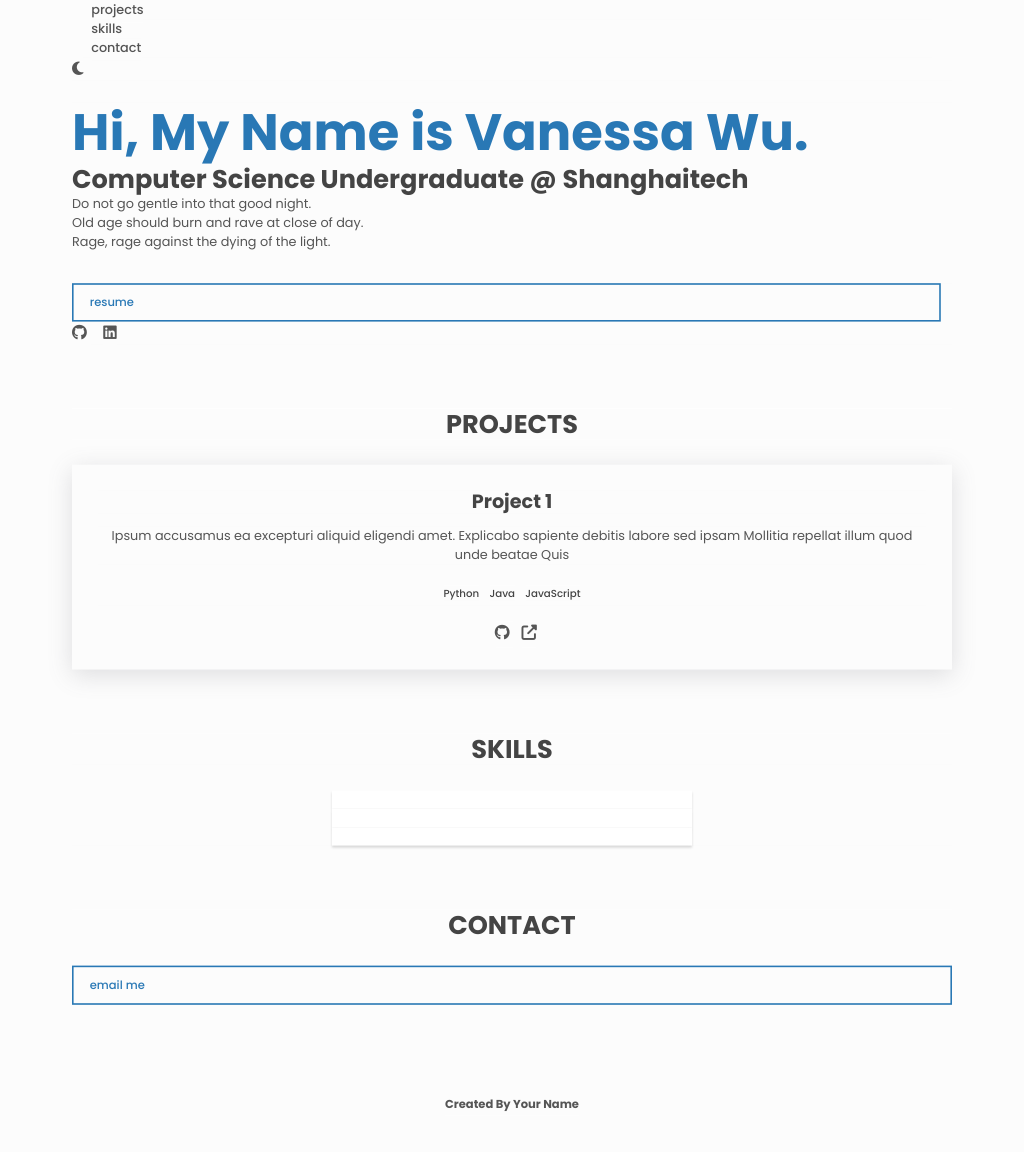
Repository: indiansummer1022/Cubstart
Page: Web Track/hw1/index.html
These files come from the project's save history. The page is drawn as it stood at one moment and after the next save; the edit follows.
The browser window is 1280 px wide. The pictures show the whole page, at 80% of full size.
Some web libraries are served in a nearby version.

Above is the page before, as saved 2022-02-15 21:17:53.

After the next save:
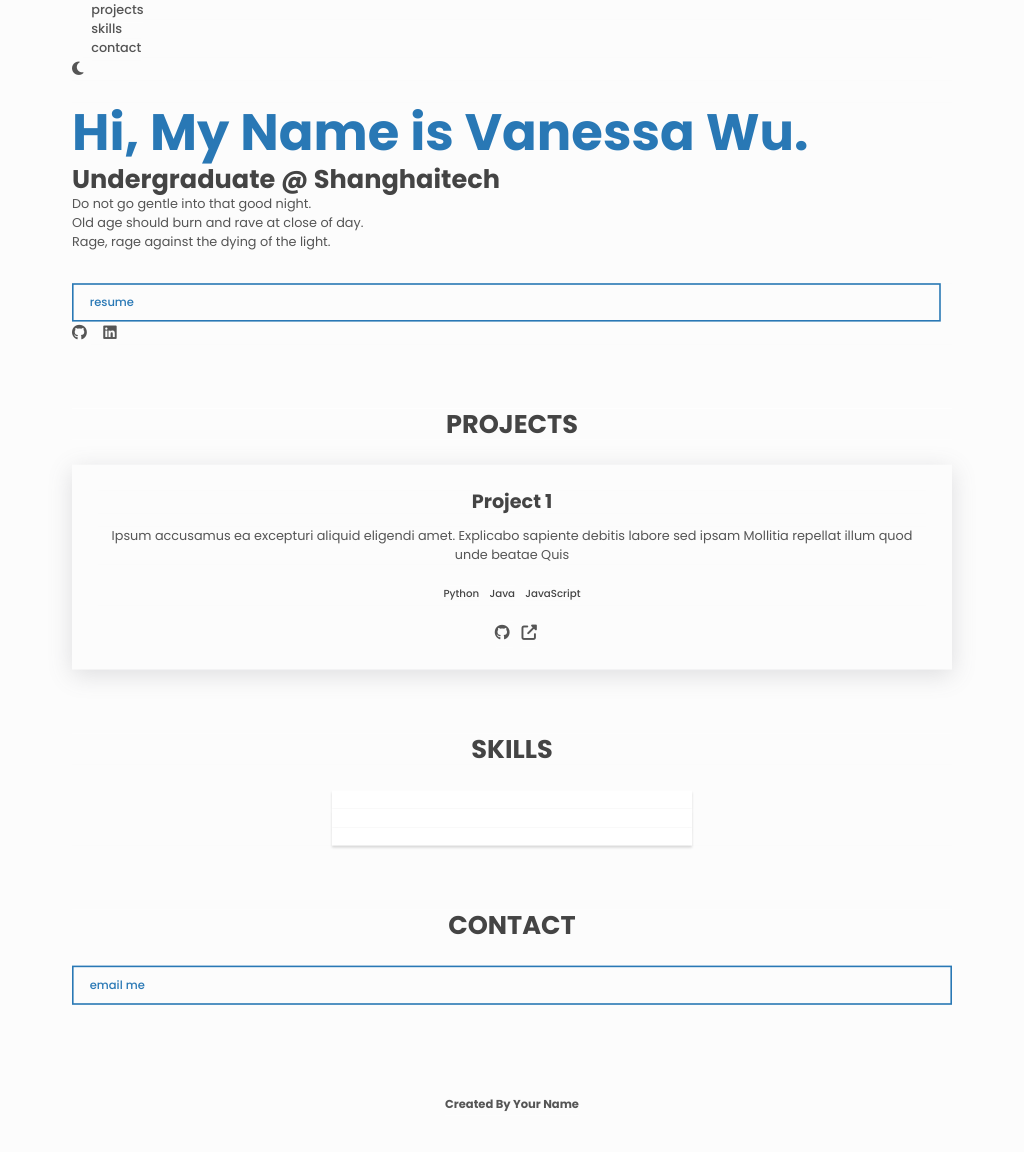
Saved 12 s later.
--- a/Web Track/hw1/index.html
+++ b/Web Track/hw1/index.html
@@ -75,7 +75,7 @@
         Hi, My Name is Vanessa Wu.
       </h1>
       <h2 class="about_role">
-        Computer Science Undergraduate @ Shanghaitech
+        Undergraduate @ Shanghaitech
       </h2>
       <p class="about-desc">
         Do not go gentle into that good night.<br>
